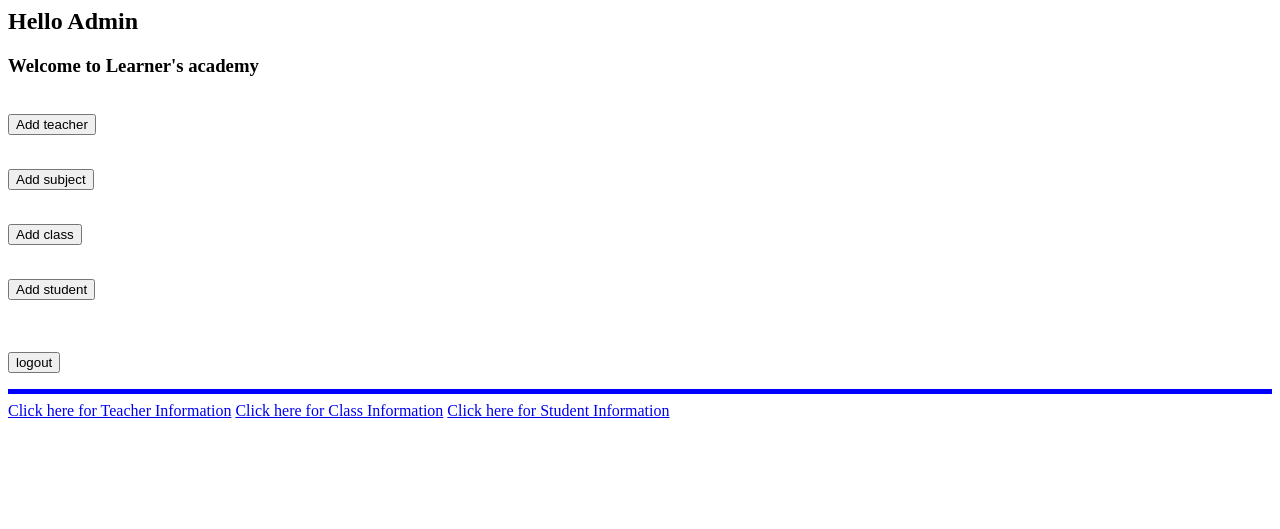
Repository: anithagnana123/Simplilearn_Phase2_project
Page: http://localhost/phase2-project/welcome
An editor plug-in stored every save of this project. The page is shown before and after the next save, followed by the edit.
The browser window is 1280 px wide. The pictures show the whole page.
The page is served by Tomcat 9. Other server files are loaded and not shown.

Above is the page before, as saved 2022-10-19 11:41:03.

### phase2-project/src/main/java/com/simplilearn/workshop/WelcomeServlet.java
package com.simplilearn.workshop;

import java.io.IOException;
import java.io.PrintWriter;

import javax.servlet.ServletException;
import javax.servlet.annotation.WebServlet;
import javax.servlet.http.HttpServlet;
import javax.servlet.http.HttpServletRequest;
import javax.servlet.http.HttpServletResponse;

/**
 * Servlet implementation class WelcomeServlet
 */
@WebServlet("/welcome")
public class WelcomeServlet extends HttpServlet {
	private static final long serialVersionUID = 1L;

	/**
	 * @see HttpServlet#doGet(HttpServletRequest request, HttpServletResponse response)
	 */
	protected void doGet(HttpServletRequest request, HttpServletResponse response)
			throws ServletException, IOException {

		processRequest(request,response);

	}

	private void processRequest(HttpServletRequest request, HttpServletResponse response)
			throws ServletException, IOException {

		String username = request.getParameter("name");

		response.setContentType("text/html");

		PrintWriter out = response.getWriter();


		out.println("<h2>Hello Admin</h2>");
	    out.println("<h3> Welcome to Learner's academy </h3>");

	    out.println("<form action='addteacher' method='get'>");
	  	out.println("<br> <input type='submit' value='Add teacher'/>");
	    out.println("</form>");

	    out.println("<form action='addsubject' method='get'>");
	    out.println("<br> <input type='submit' value='Add subject'/>");
	    out.println("</form>");

	    out.println("<form action='addclass' method='get'>");
	    out.println("<br> <input type='submit' value='Add class'/>");
	    out.println("</form>");

	    out.println("<form action='addstudent' method='get'>");
	    out.println("<br> <input type='submit' value='Add student'/>");
	    out.println("</form>");

	    out.println("&nbsp;");
	    out.println("<form action='logout' method='get'>");
	    out.println("<br> <input type='submit' value='logout'/>");
	    out.println("</form>");

	    out.println("<hr color='blue' size ='5'/>");
	    out.println("<a href = \"teacher.html\">Click here for Teacher Information</a>");
	    out.println("<a href = \"theclass.html\">Click here for Class Information</a>");
	    out.println("<a href = \"student.html\">Click here for Student Information</a>");

	}

	protected void doPost(HttpServletRequest request, HttpServletResponse response)
			throws ServletException, IOException {

		processRequest(request,response);

	}


}

After the next save:
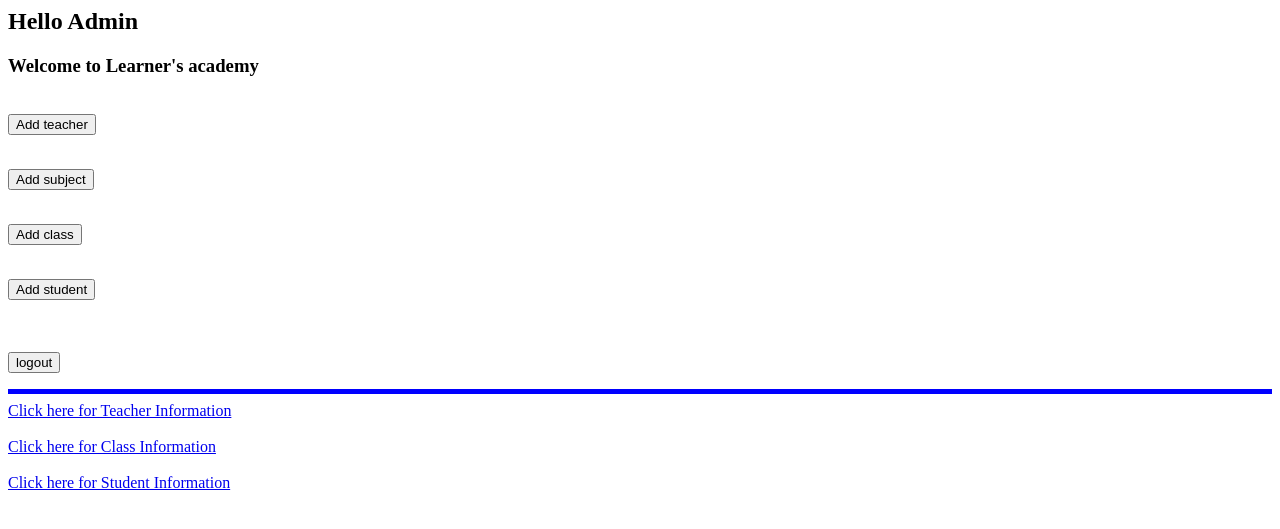
Saved 3 min 1 s later.
--- a/phase2-project/src/main/java/com/simplilearn/workshop/WelcomeServlet.java
+++ b/phase2-project/src/main/java/com/simplilearn/workshop/WelcomeServlet.java
@@ -62,7 +62,9 @@ public class WelcomeServlet extends HttpServlet {
 
 	    out.println("<hr color='blue' size ='5'/>");
 	    out.println("<a href = \"teacher.html\">Click here for Teacher Information</a>");
+	    out.println("<br> <br>");
 	    out.println("<a href = \"theclass.html\">Click here for Class Information</a>");
+	    out.println("<br> <br>");
 	    out.println("<a href = \"student.html\">Click here for Student Information</a>");
 
 	}
